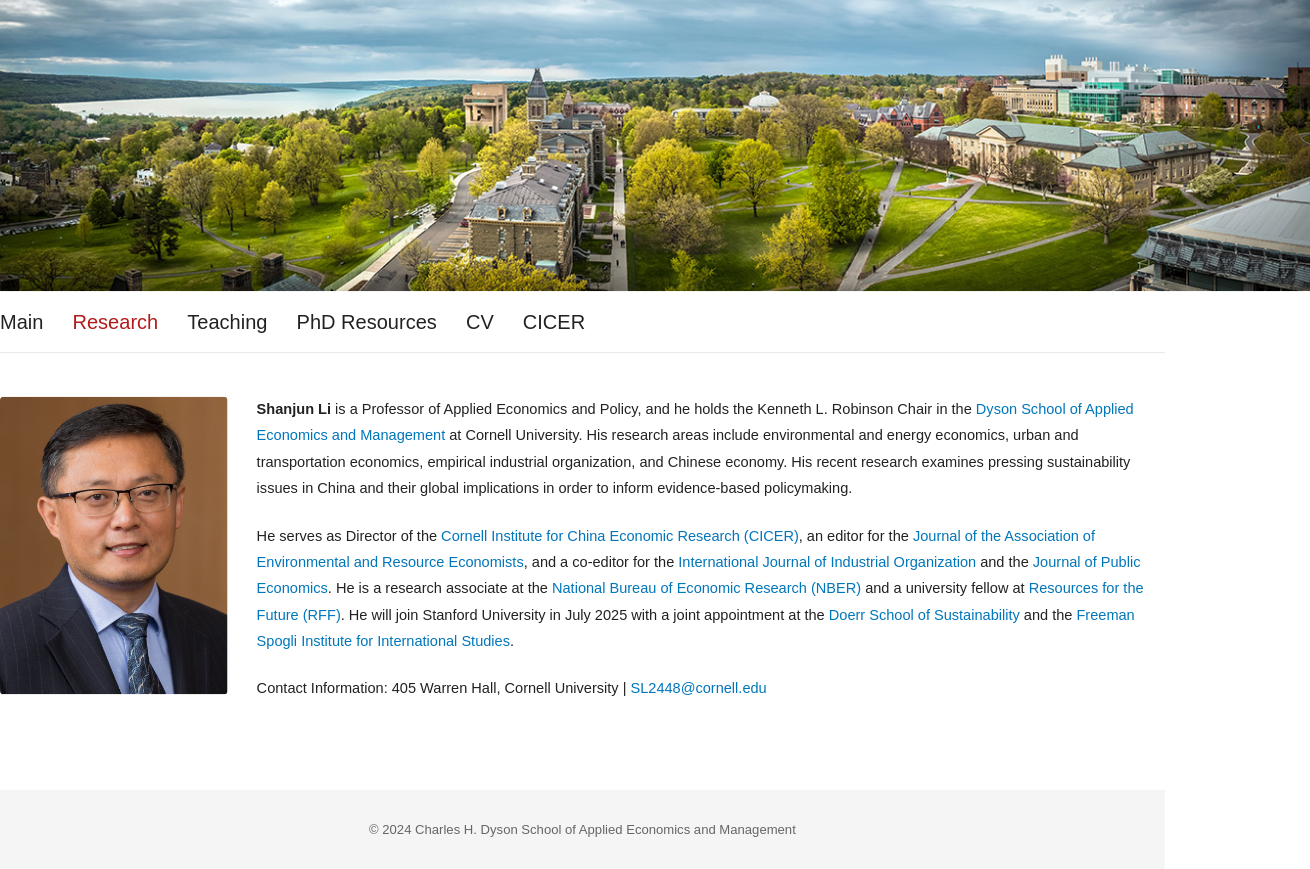
Repository: huang-heavenly-Emperor/k1_project
Page: research.html
The author's editor kept a copy of each file at every save. The page is drawn from the files as they stood at one save, then again after the next save.
The browser window is 1280 px wide. The page is 1440 px wide, so the pictures cover 1440 px, including what lies to the right of the window. The pictures show the whole page, at 91% of full size.

Above is the page before, as saved 2024-11-17 05:56:06.

### research.html
<!DOCTYPE html>
<html lang="en">
<head>
    <meta charset="UTF-8">
    <meta name="viewport" content="width=device-width, initial-scale=1.0">
    <title>Research - Cornell University</title>
    <link rel="stylesheet" href="reset.css">
    <link rel="stylesheet" href="research.css">
</head>
<body>
    <header class="site-header">
        <div class="banner">
            <img src="images/Cornell University Ithaca Campus.jpg" alt="Cornell University Campus Panorama" class="banner-img">
        </div>
        <nav class="main-nav">
            <div class="nav-container">
                <ul class="nav-list">
                    <li><a href="./index.html">Main</a></li>
                    <li><a href="./research.html" class="active">Research</a></li>
                    <li><a href="./teaching.html">Teaching</a></li>
                    <li><a href="#">PhD Resources</a></li>
                    <li><a href="#">CV</a></li>
                    <li><a href="#">CICER</a></li>
                </ul>
            </div>
        </nav>
    </header>

    <main class="main-container">
        <article class="researcher-profile">
            <div class="profile-image">
                <img src="images/facpic_li.jpg" alt="Professor Profile Image">
            </div>
            <div class="profile-content">
                <section class="research-intro">
                    <p><strong>Shanjun Li</strong> is a Professor of Applied Economics and Policy, and he holds the Kenneth L. Robinson Chair in the <a href="#">Dyson School of Applied Economics and Management</a> at Cornell University. His research areas include environmental and energy economics, urban and transportation economics, empirical industrial organization, and Chinese economy. His recent research examines pressing sustainability issues in China and their global implications in order to inform evidence-based policymaking.</p>
                </section>

                <section class="current-positions">
                    <p>He serves as Director of the <a href="#">Cornell Institute for China Economic Research (CICER)</a>, an editor for the <a href="#">Journal of the Association of Environmental and Resource Economists</a>, and a co-editor for the <a href="#">International Journal of Industrial Organization</a> and the <a href="#">Journal of Public Economics</a>. He is a research associate at the <a href="#">National Bureau of Economic Research (NBER)</a> and a university fellow at <a href="#">Resources for the Future (RFF)</a>. He will join Stanford University in July 2025 with a joint appointment at the <a href="#">Doerr School of Sustainability</a> and the <a href="#">Freeman Spogli Institute for International Studies</a>.</p>
                </section>

                <section class="contact-info">
                    <p>Contact Information: 405 Warren Hall, Cornell University | <a href="mailto:SL2448@cornell.edu">SL2448@cornell.edu</a></p>
                </section>
            </div>
        </article>
    </main>

    <footer class="footer">
        <div class="footer-container">
            <p>© 2024 Charles H. Dyson School of Applied Economics and Management</p>
        </div>
    </footer>
</body>
</html>

### reset.css
/* Reset CSS */
*, *::before, *::after {
    margin: 0;
    padding: 0;
    box-sizing: border-box;
}

html, body {
    height: 100%;
    font-size: 16px;
    line-height: 1.5;
    -webkit-font-smoothing: antialiased;
    -moz-osx-font-smoothing: grayscale;
}

body {
    font-family: Arial, sans-serif;
    color: #333;
}

ul, ol {
    list-style: none;
}

a {
    text-decoration: none;
    color: inherit;
}

img {
    max-width: 100%;
    height: auto;
    display: block;
}

button, input, select, textarea {
    font: inherit;
    color: inherit;
}

h1, h2, h3, h4, h5, h6 {
    font-size: inherit;
    font-weight: inherit;
}

### research.css
/* Base Styles */
:root {
  --primary-color: #B31B1B;
  --text-color: #222;
  --link-color: #0076BB;
  --background-color: #fff;
  --border-color: #e5e5e5;
}

body {
  font-family: Arial, sans-serif;
  line-height: 1.6;
  color: var(--text-color);
  background-color: var(--background-color);
}

.container {
  max-width: 1150px;
  padding: 0 20px;
  margin: 0 auto;
}

/* Header Styles */
.header {
  position: relative;
  /* box-shadow: 0 2px 4px rgba(0, 0, 0, 0.1); */
}

.banner {
  width: 1440px;
  height: 320px;
  margin: 0 auto;
  overflow: hidden;
  position: relative;
}

.banner-img {
  width: 100%;
  height: 100%;
  object-fit: cover;
}

/* Navigation Styles */
.main-nav {
  background-color: var(--background-color);
  border-bottom: 1px solid var(--border-color);
}

.nav-list {
  display: flex;
  justify-content: flex-start;
  gap: 2rem;
  padding: 1rem 0;
  list-style: none;
}

.nav-list a {
  text-decoration: none;
  color: var(--text-color);
  font-weight: 500;
  padding: 0.5rem 0;
  transition: color 0.3s;
  font-size: 22px;
}

.nav-list a:hover,
.nav-list a.active {
  color: var(--primary-color);
}

/* Main Content Styles */
.researcher-profile {
  display: grid;
  grid-template-columns: 250px 1fr;
  gap: 2rem;
  padding: 3rem 0;
}

.profile-image img {
  width: 100%;
  border-radius: 4px;
}

.profile-content {
  display: flex;
  flex-direction: column;
  gap: 1.5rem;
}

.research-intro,
.current-positions,
.contact-info {
  line-height: 1.8;
}

/* Links Styles */
a {
  color: var(--link-color);
  text-decoration: none;
  transition: color 0.3s;
}

a:hover {
  color: var(--primary-color);
}

/* Footer Styles */
.footer {
  background-color: #f5f5f5;
  padding: 2rem 0;
  margin-top: 3rem;
  text-align: center;
  font-size: 0.9rem;
  color: #666;
}

/* Responsive Design */
@media (max-width: 768px) {
  .researcher-profile {
    grid-template-columns: 1fr;
  }

  .profile-image {
    max-width: 300px;
    margin: 0 auto;
  }

  .nav-list {
    flex-wrap: wrap;
    justify-content: center;
  }
}

@media (max-width: 480px) {
  .banner {
    height: 200px;
  }
}

After the next save:
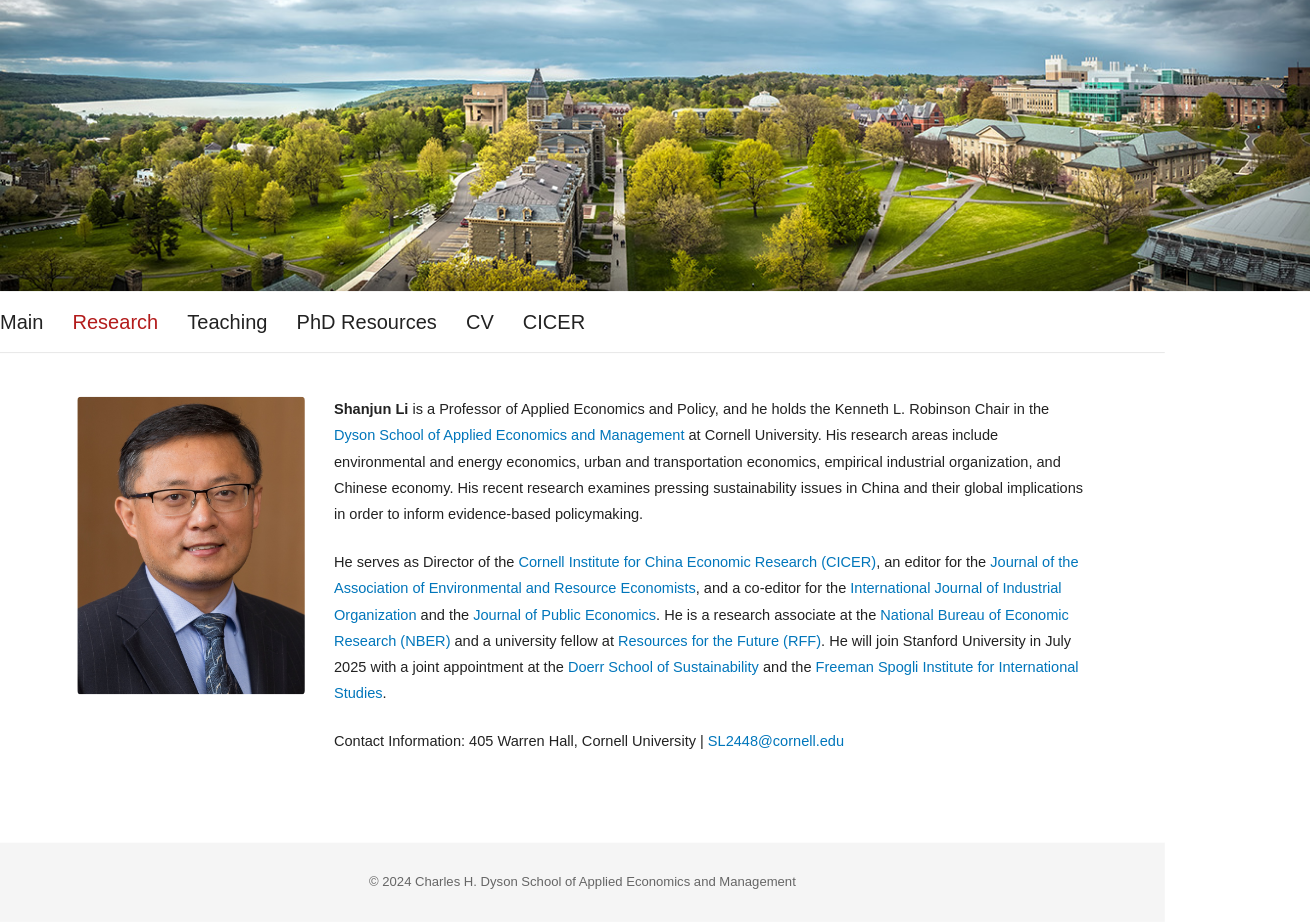
Saved 7 s later.
--- a/research.css
+++ b/research.css
@@ -14,16 +14,15 @@ body {
   background-color: var(--background-color);
 }
 
-.container {
+.main-container {
   max-width: 1150px;
   padding: 0 20px;
   margin: 0 auto;
 }
 
 /* Header Styles */
-.header {
+.site-header {
   position: relative;
-  /* box-shadow: 0 2px 4px rgba(0, 0, 0, 0.1); */
 }
 
 .banner {
